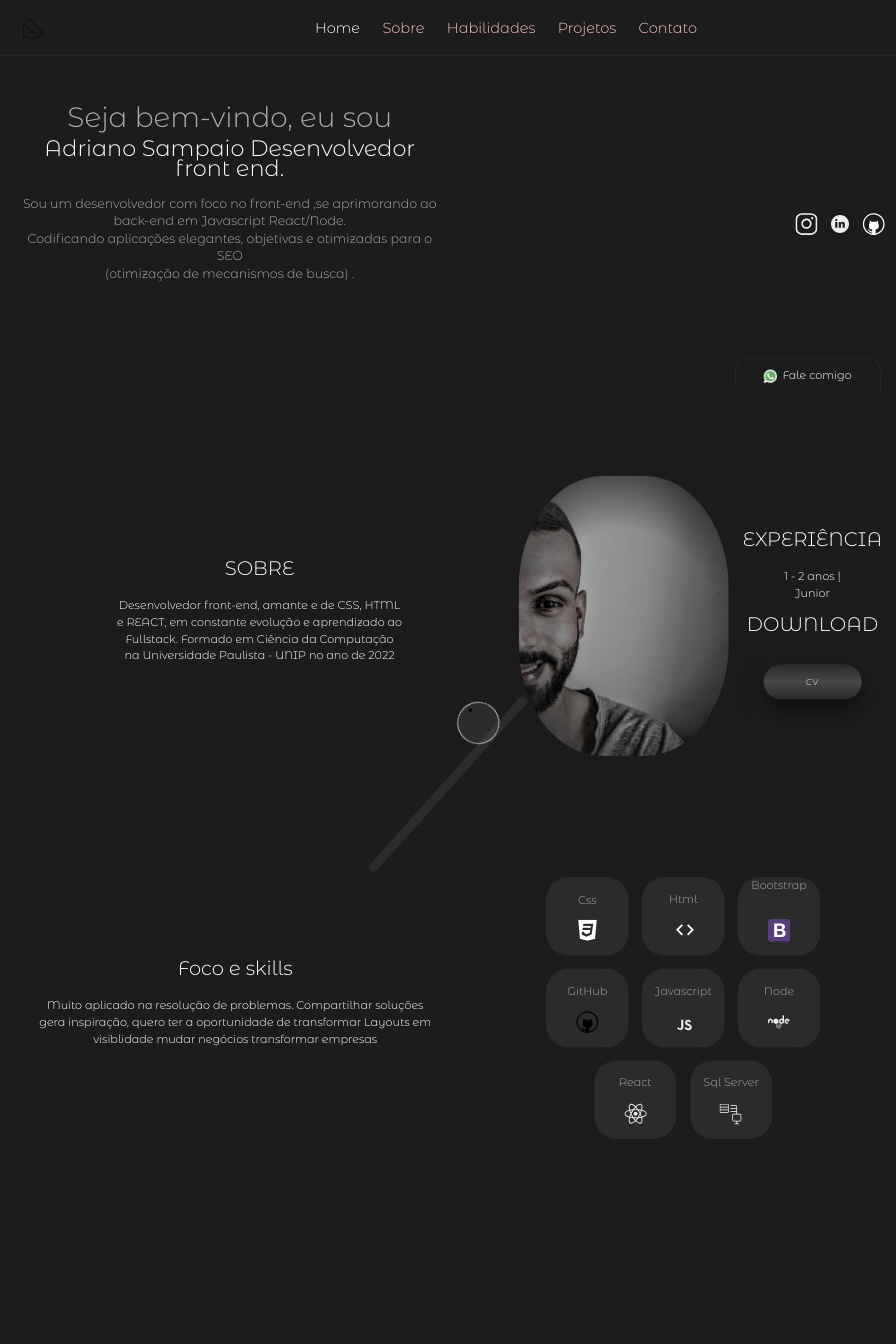
Repository: adrianodisam/NovoPortifolio
Page: /
These files come from the project's save history. The page is drawn as it stood at one moment and after the next save; the edit follows.
The browser window is 1280 px wide. The pictures show the part of the page from y = 0 to 1920 px (the page is 3024 px tall), at 70% of full size.
The project was rebuilt for these pictures with package versions that can differ from the ones it lists, and the page was loaded fresh each time. Imported but missing from the stored project, and not drawn on this page: src/componentes/Download/Adriano.pdf.

Above is the page before, as saved 2024-11-02 16:48:47.

### public/index.html
<!DOCTYPE html>
<html lang="pt">

<head>
  <meta charset="utf-8" />
  <link rel="icon" href="./shape.ico" />
  <meta name="viewport" content="width=device-width, initial-scale=1" />
  <meta name="theme-color" content="#000000" />
  <meta name="description" content="Web site created using create-react-app" />
  <link rel="apple-touch-icon" href="%PUBLIC_URL%/logo192.png" />
  <link rel="manifest" href="%PUBLIC_URL%/manifest.json" />
  <link rel="stylesheet" href="path/to/font-awesome/css/font-awesome.min.css" />
  <script src="https://cdn.lordicon.com/fudrjiwc.js"></script>
  <title> Adriano - Desenvolvedor Front-End </title>
  <script id="react-dotenv" src="./env.js"></script>
</head>

<body>
  <noscript>You need to enable JavaScript to run this app.</noscript>
  <script src="https://cdn.lordicon.com/fudrjiwc.js"></script>
  <div id="root"></div>
</body>

</html>

### src/App.css
* {
  margin: 0;
  padding: 0;
}

@font-face {
  font-family: 'Menu';
  src: url('../public/fontes/Cormorant_Garamond/CormorantGaramond-Regular.ttf')
    format('truetype');
}

@font-face {
  font-family: 'Menu1';
  src: url('../public/fontes/Montserrat_Alternates/MontserratAlternates-Light.ttf')
    format('truetype');
}

:root {
  --mainColor: #555;
  --mainColorLight: #e0ffff;
  --secondaryColor: #db2b39;
  --textColor: #ffc1c1;
  --ColorHover: #eee;
  --CorFundo: #1c1c1c;
  --CorBorda: hsla(0, 0%, 67%, 0.1);
  --CorFontApagada: #aaa;
  --CorTexto: #fff;
}

### src/componentes/Footer/Footer.module.css
.Container {
  display: flex;
  justify-content: space-between;
  align-items: center;
  bottom: 0;
  left: 0;
  height: 9rem;
  background-color: #1c1c1c;
}

### src/componentes/Header/Header.module.css
.Container {
  width: 100%;
  height: 40rem;
  display: flex;
  justify-content: center;
  align-items: center;
  /* border-bottom: 1px solid var(--CorBorda); */
  background-color: var(--CorFundo);
}
@media only screen and (max-width: 1024px) {
  .Container {
    display: flex;
    flex-direction: column;
    align-items: center;
    gap: 3rem;
    height: 50rem;
  }
}

### src/componentes/Navbar/Navbar.css
@import url('https://fonts.googleapis.com/css2?family=Titillium+Web:wght@300;400;700&display=swap');

* {
  padding: 0;
  margin: 0;
  box-sizing: border-box;
  font-family: 'Menu1';
}
header {
  display: flex;
  align-items: center;
  justify-content: space-between;
  width: 100%;
  height: 5rem;
  padding: 0 2rem;
  background-color: #1c1c1c;
  color: var(--textColor);
  position: fixed;
  z-index: 20;
  border-bottom: 1px solid var(--CorBorda);
}

nav a {
  margin: 0 1rem;
  color: var(--CorTexto);
  text-decoration: none;
  cursor: pointer;
  font-size: 1.3rem;
}

nav a:hover {
  color: var(--CorFontApagada);
}

header .nav-btn {
  padding: 5px;
  cursor: pointer;
  background: transparent;
  border: none;
  outline: none;
  visibility: hidden;
  opacity: 0;
  font-size: 1.8rem;
  color: var(--CorTexto);
}

header div,
nav {
  display: flex;
  align-items: center;
}

@media only screen and (max-width: 1024px) {
  header .nav-btn {
    visibility: visible;
    opacity: 1;
  }

  header nav {
    position: fixed;
    top: 0;
    left: 0;
    height: 100%;
    width: 100%;
    display: flex;
    flex-direction: column;
    align-items: center;
    justify-content: center;
    gap: 1.5rem;
    background-color: #1c1c1c;
    transition: 1s;
    transform: translateY(-100vh);
  }

  header .responsive_nav {
    transform: none;

    z-index: '4';
    position: fixed;
  }

  nav .nav-close-btn {
    position: absolute;
    top: 2rem;
    right: 2rem;
  }

  nav a {
    font-size: 1.5rem;
  }
}

### src/componentes/WhatsAppContato/WhatsAppContato.module.css
.container {
  display: flex;
  flex-direction: column;
  width: 100%;
  margin-top: 32rem;
  position: fixed;
  justify-content: right;
  align-items: flex-end;
  z-index: 30;
}
.containerSpan {
  display: flex;
  justify-content: center;
  align-items: center;
  width: 13rem;
  border-radius: 15px 15px 1px 15px;
  background-color: var(--CorFundo);
  border: 1px solid var(--CorBorda);
  padding: 12px 16px 12px 16px;
  margin-right: 1.4rem;
  transition: 2s;
}
.containerSpan:hover {
  background-color: hsla(0, 0%, 67%, 0.1);
  border: 1px solid var(--CorBorda);
  box-shadow: 0px 3px 5px 0px rgba(0, 0, 0, 0.5);
}
.containerSpan span {
  color: var(--CorTexto);
  text-decoration: none;
  font-size: 1rem;
}
.containerSpan img {
  width: 1.2rem;
  margin-right: 0.5rem;
}
.containerSpan a {
  text-decoration: none;
}

@media only screen and (max-width: 1024px) {
  .container {
    margin-top: 37rem;
  }
}

### src/componentes/Contato/Contato.module.css
.Container {
  display: flex;
  justify-content: space-evenly;
  align-items: center;
  width: 100%;
  height: 30rem;
  flex-direction: column;
  padding: 2rem;
  background-color: var(--CorFundo);
  border-bottom: solid 1px var(--CorBorda);
}
.ContainerContato {
  display: flex;
  align-items: center;
}

@media only screen and (max-width: 1024px) {
  .Container {
    flex-direction: column;
  }
  .ContainerContato {
    display: flex;
    flex-direction: column;
  }
}

### src/componentes/Sobre/Sobre.module.css
.Container {
  display: flex;
  justify-content: center;
  align-items: center;
  width: 100%;
  height: 30rem;
  /* border-bottom: 1px solid var(--CorBorda); */
  background-color: var(--CorFundo);
}

.Container h1 {
  color: var(--CorTexto);
}

@media (max-width: 900px) {
  .Container {
    flex-direction: column;
    height: 100%;
    padding: 1rem;
  }
}

### src/componentes/Habilidades/Habilidades.module.css
.Container {
  display: flex;
  justify-content: space-around;
  align-items: center;
  width: 100%;
  height: 40rem;
  background-color: var(--CorFundo);
  /* border-bottom: 1px solid var(--CorBorda); */
}
.ContainerAnima {
  display: flex;
  flex-direction: column;
  justify-content: center;
  width: 60%;
}

@media only screen and (max-width: 1024px) {
  .Container {
    flex-direction: column;
    height: 55rem;
  }
  .ContainerAnima {
    width: 100%;
    align-items: center;
  }
}

### src/componentes/Projetos/Projetos.module.css
.Container {
  display: flex;
  justify-content: center;
  gap: 2rem;
  align-items: center;
  width: 100%;
  height: 40rem;
  background-color: var(--CorFundo);
}

.Container h1 {
  color: var(--CorTexto);
}

@media (max-width: 900px) {
  .Container {
    flex-direction: column;
  }
}

### src/componentes/AnimacaoContato/AnimacaoContato.module.css
.Container {
  display: flex;
  justify-content: center;
  align-items: center;
}
.ball {
  position: relative;
  bottom: 50px;
  left: calc(100% - 20px);
  width: 60px;
  height: 60px;
  background: var(--CorBorda);
  border-radius: 50%;
  border: solid 1px #fff;
  animation: ball-move8234 3s ease-in-out 1s infinite alternate;
}

.ball::after {
  position: absolute;
  content: '';
  top: 25px;
  right: 5px;
  width: 5px;
  height: 5px;
  background: #000;
  border-radius: 50%;
}

.bar {
  position: absolute;
  width: 330px;
  height: 12.5px;
  background: var(--CorBorda);
  border-radius: 30px;
  transform: rotate(-19deg);
  animation: up-down6123 3s ease-in-out 1s infinite alternate;
}

@keyframes up-down6123 {
  from {
    transform: rotate(-60deg);
  }

  to {
    transform: rotate(1deg);
  }
}

@keyframes ball-move8234 {
  from {
    left: calc(100% - 40px);
    transform: rotate(360deg);
  }

  to {
    left: calc(0% - 20px);
    transform: rotate(0deg);
  }
}
@media only screen and (max-width: 1024px) {
  .Container {
    width: 100%;
  }
  .bar {
    margin-top: 9rem;
    width: 300px;
    height: 12.5px;
  }
}

### src/componentes/TextoRoda/TextoRoda.module.css
.Container {
  display: flex;
  align-items: center;
  justify-content: center;
  width: 100%;
  height: 6rem;
  color: var(--CorTexto);
}
.Container span {
  display: flex;
  margin: 2rem;
  text-align: center;
  color: var(--CorTexto);
}

### src/componentes/RedeSociais/RedeSociais.module.css
.Container {
  display: flex;
  align-items: center;
  width: 100%;
  height: 40%;
}
.Container svg {
  width: 2rem;
  height: 3rem;
  fill: #eee;
  margin-right: 1rem;
}
.Container svg:hover {
  width: 2rem;
  height: 3rem;
  fill: var(--CorFontApagada);
  margin-right: 1rem;
}
@media only screen and (max-width: 1024px) {
  .Container svg {
    width: 2rem;
    height: 3rem;
    fill: #eee;
    margin-right: 1rem;
  }
}

### src/componentes/Banner/Banner.module.css
.Container {
  display: flex;
  justify-content: center;
  align-items: center;
  background-color: var(--corFundo);
  border-bottom: 0.1 solid var(--CorBorda);
  width: 100%;
  height: 100%;
  flex-direction: column;
  padding: 2rem;
}
.Container h1 {
  color: var(--CorFontApagada);
  font-style: normal;
  font-weight: 300;
  line-height: 45px;
  text-align: center;
}
.Container h2 {
  color: var(--CorTexto);
  font-style: normal;
  font-weight: 300;
  font-size: 16px;
  line-height: 29px;
  text-align: center;
  font-size: 2rem;
}
.Container p {
  color: var(--CorFontApagada);
  line-height: 25px;
  text-align: center;
  font-size: 18px;
  font-weight: 200;
  margin-bottom: 2rem;
  margin-top: 1rem;
}

@media only screen and (max-width: 1024px) {
  .Container {
    margin-top: 6rem;
  }
  .Container h1 {
    font-size: 1.3rem;
  }
  .Container h2 {
    font-size: 1.7rem;
  }
}

### src/componentes/Logo/Logo.module.css
.Container {
  width: 20%;
  height: 100%;
}

### src/componentes/CardContato/CardContato.module.css
.Container {
  display: flex;
  justify-content: center;
  align-items: center;
  flex-direction: column;
  padding: 2rem;
}
.Container h1 {
  font-family: 'Menu1';
  font-style: normal;
  font-weight: 300;
  font-size: 2rem;
  line-height: 3rem;
  color: var(--CorTexto);
  text-align: center;
}
.Container small {
  color: var(--CorFontApagada);
  text-align: center;
}

.Container svg {
  fill: #555;
}
.Container svg:hover {
  fill: var(--CorTexto);
}

@media only screen and (max-width: 1024px) {
  .Container {
    flex-direction: column;
  }
  .Container h1 {
    font-size: 1.3rem;
  }
}

### src/componentes/FotoSobre/FotoSobre.module.css
.Container {
  display: flex;
  justify-content: center;
  align-items: center;
  width: 50%;
  /* border: solid 4px var(--CorBorda); */
  /* border-radius: 50%; */
  /* background: hsla(0, 0%, 67%, 0.1); */
}

.Container img {
  display: flex;
  width: 15rem;
  transition: all 0.4s;
  width: 300px; /* Ajuste o tamanho conforme necessário */
  height: 400px; /* Ajuste o tamanho conforme necessário */
  object-fit: cover;
  border-radius: 40%; /* Raio para bordas arredondadas */
  box-shadow: 0 0 30px 15px rgba(28, 28, 28, 0.8); /* Sombra esfumaçada */
}
/* Adiciona o efeito esfumaçado ao redor da imagem */
.Container::before {
  content: '';
  position: absolute;
  width: 300px; /* Um pouco maior que a imagem para o efeito de borda */
  height: 400px;
  background: radial-gradient(circle, rgba(40, 40, 40, 0) 50%, #1c1c1c 100%);
  border-radius: 15px;
  z-index: 0;
}



@media only screen and (max-width: 1024px) {
  .Container img {
    width: 15rem;
    opacity: 0.8;
  }
  .Container {
    width: 70%;

    /* background: hsla(0, 0%, 67%, 0.1); */
  }
}

### src/componentes/TextoCurriculo/TextoCurriculo.module.css
.Container {
  display: flex;
  justify-content: center;
  flex-direction: column;
  align-items: center;
  width: 40%;
}

### src/componentes/TextoSobre/TextoSobre.module.css
.Container {
  display: flex;
  align-items: center;
  justify-content: center;
  flex-direction: column;
}

### src/componentes/CaixaTecnologias/CaixaTecnologias.module.css
.Container {
  display: flex;
  justify-content: space-around;
  flex-wrap: wrap;
  gap: 1.2rem;
  height: 100%;
  left: 30px;
  place-content: center;
  place-items: center;
  top: 0;
  width: 40%;
  z-index: 0;
}
@media only screen and (max-width: 1024px) {
  .Container {
    width: 80%;
    align-items: center;
    justify-content: center;
  }
}

### src/componentes/Skills/Skills.module.css
.Container {
  align-items: center;
  display: flex;
  justify-content: center;
  flex-direction: column;
  transition: all 0.5s;
  gap: 1rem;
  /* width: 23%; */
  text-align: center;
}

.Container h3 {
  color: var(--CorTexto);
}
.Container p {
  color: var(--CorTexto);
}
@media only screen and (max-width: 1024px) {
  .Container {
    flex-direction: column;
    margin-top: 3rem;
    width: 90%;
  }
}

### src/componentes/MenuProjetos/MenuProjetos.module.css
.Container {
  display: flex;
  justify-content: center;
  align-items: center;
}

### src/componentes/Download/Download.module.css
/* .Container {
  align-items: center;
  display: flex;
  justify-content: center;
  flex-direction: column;
  transition: all 0.5s;
  gap: 1rem;
  text-align: center;
  border: solid 1px var(--CorBorda);
  padding: 1rem;
  border-radius: 2rem;
}
.Container a {
  text-decoration: none;
  color: var(--CorTexto);
}
.Container:hover {
  background-color: hsla(0, 0%, 37%, 0.1);
} */

.btn {
  width: 140px;
  height: 50px;
  background: linear-gradient(
    to top,
    hsla(0, 0%, 67%, 0.1),
    hsla(0, 0%, 67%, 0.3),
    hsla(0, 0%, 67%, 0.1)
  );
  color: #fff;
  border-radius: 50px;
  border: none;
  outline: none;
  cursor: pointer;
  position: relative;
  box-shadow: 0 15px 30px rgba(0, 0, 0, 0.5);
  overflow: hidden;
}

.btn span {
  font-size: 12px;
  text-transform: uppercase;
  letter-spacing: 1px;
  transition: top 0.5s;
  color: #fff;
}

.btn_text_one {
  position: absolute;
  width: 100%;
  top: 50%;
  left: 0;
  transform: translateY(-50%);
}

.btn_text_two {
  position: absolute;
  width: 100%;
  top: 150%;
  left: 0;
  transform: translateY(-50%);
}

.btn:hover .btn_text_one {
  top: -100%;
}

.btn:hover .btn_text_two {
  top: 50%;
}

### src/componentes/Tecnologia/Tecnologia.module.css
.Container {
  align-items: center;
  background: hsla(0, 0%, 67%, 0.1);
  border-radius: 2rem;
  display: flex;
  height: 7rem;
  justify-content: center;
  flex-direction: column;
  transition: all 0.5s;
  width: 23%;
  text-align: center;
}
.Container:hover {
  background: hsla(0, 0%, 37%, 0.1);
}
.Container p {
  color: var(--CorFontApagada);
}
.Container svg {
  transition: all 0.3s;
  fill: var(CorTexto);
  width: 2rem;
}
.Container svg:hover {
  fill: var(--CorFontApagada);
}
@media only screen and (max-width: 1024px) {
  .Container {
    display: flex;
    width: 29%;
    height: 0.2rem;
    background-color: transparent;

    margin-top: 2rem;
  }
  .Container svg {
    display: none;
  }
  .Container p {
    font-size: 1rem;
    text-align: center;
    border: 1px solid var(--CorFontApagada);
    border-radius: 2rem;
    background: hsla(0, 0%, 67%, 0.1);
    padding: 0.3rem;
  }
}

### src/componentes/Botao/Botao.module.css
.Container {
  display: flex;
  justify-content: center;
  align-items: center;
  width: 9rem;
  height: 2rem;
  border: 1px solid var(--CorBorda);
  color: var(--CorTexto);
  cursor: pointer;
}
.Container:hover {
  background: hsla(0, 0%, 37%, 0.1);
}
.Container a {
  text-decoration: none;
  color: var(--CorTexto);
}

@media only screen and (max-width: 1024px) {
  .Container {
    margin-top: 2rem;
  }
}

Loaded but not shown: src/index.js (common file); src/index.css (common file); src/reportWebVitals.js (common file); src/componentes/SvgNode/SvgNode.js (library); public/env.js (common file); src/componentes/SvgReact/SvgReact.js (17 lines, source omitted); src/componentes/SvgInstagram/SvgInstagram.js (23 lines, source omitted); src/componentes/SvgGitHub/SvgGitHub.js (16 lines, source omitted); src/componentes/SvgGit/SvgGit.js (13 lines, source omitted); src/componentes/WhatsAppContato/WhatsAppContato.js (57 lines, source omitted); src/componentes/SvgBootstrap/SvgBootstrap.js (18 lines, source omitted); src/componentes/Navbar/Navbar.js (51 lines, source omitted); src/componentes/SvgSql/SvgSql.js (14 lines, source omitted); src/componentes/CaixaTecnologias/CaixaTecnologias.js (28 lines, source omitted); src/componentes/SvgLinkedin/SvgLinkedin.js (19 lines, source omitted); src/App.js (32 lines, source omitted); src/componentes/RedeSociais/RedeSociais.js (29 lines, source omitted); src/componentes/MobPc/MobPc.js (40 lines, source omitted); src/componentes/Projetos/Projetos.js (22 lines, source omitted); src/componentes/SvgJavascript/SvgJavascript.js (17 lines, source omitted); src/componentes/Habilidades/Habilidades.js (20 lines, source omitted); src/componentes/Banner/Banner.js (21 lines, source omitted); src/componentes/Projeto/Projeto.js (30 lines, source omitted); src/componentes/SvgCss/SvgCss.js (21 lines, source omitted); src/componentes/TextoSobre/TextoSobre.js (19 lines, source omitted); src/componentes/Download/Download.js (19 lines, source omitted); src/componentes/Flutuante/Flutuante.js (20 lines, source omitted); src/componentes/Footer/Footer.js (18 lines, source omitted); src/componentes/Header/Header.js (17 lines, source omitted); src/componentes/TextoCurriculo/TextoCurriculo.js (16 lines, source omitted); src/componentes/Contato/Contato.js (18 lines, source omitted); src/componentes/Sobre/Sobre.js (17 lines, source omitted); src/componentes/CardContato/CardContato.js (17 lines, source omitted); src/componentes/SvgHtml/SvgHtml.js (12 lines, source omitted); src/componentes/Skills/Skills.js (15 lines, source omitted); src/componentes/MenuProjetos/MenuProjetos.js (13 lines, source omitted); src/componentes/AnimacaoContato/AnimacaoContato.js (14 lines, source omitted); src/componentes/FotoSobre/FotoSobre.js (13 lines, source omitted); src/componentes/Logo/Logo.js (12 lines, source omitted); src/componentes/Botao/Botao.js (14 lines, source omitted); src/componentes/Tecnologia/Tecnologia.js (13 lines, source omitted); src/componentes/TextoRoda/TextoRoda .js (12 lines, source omitted); src/componentes/Flutuante/Flutuante.module.css (197 lines, source omitted)

After the next save:
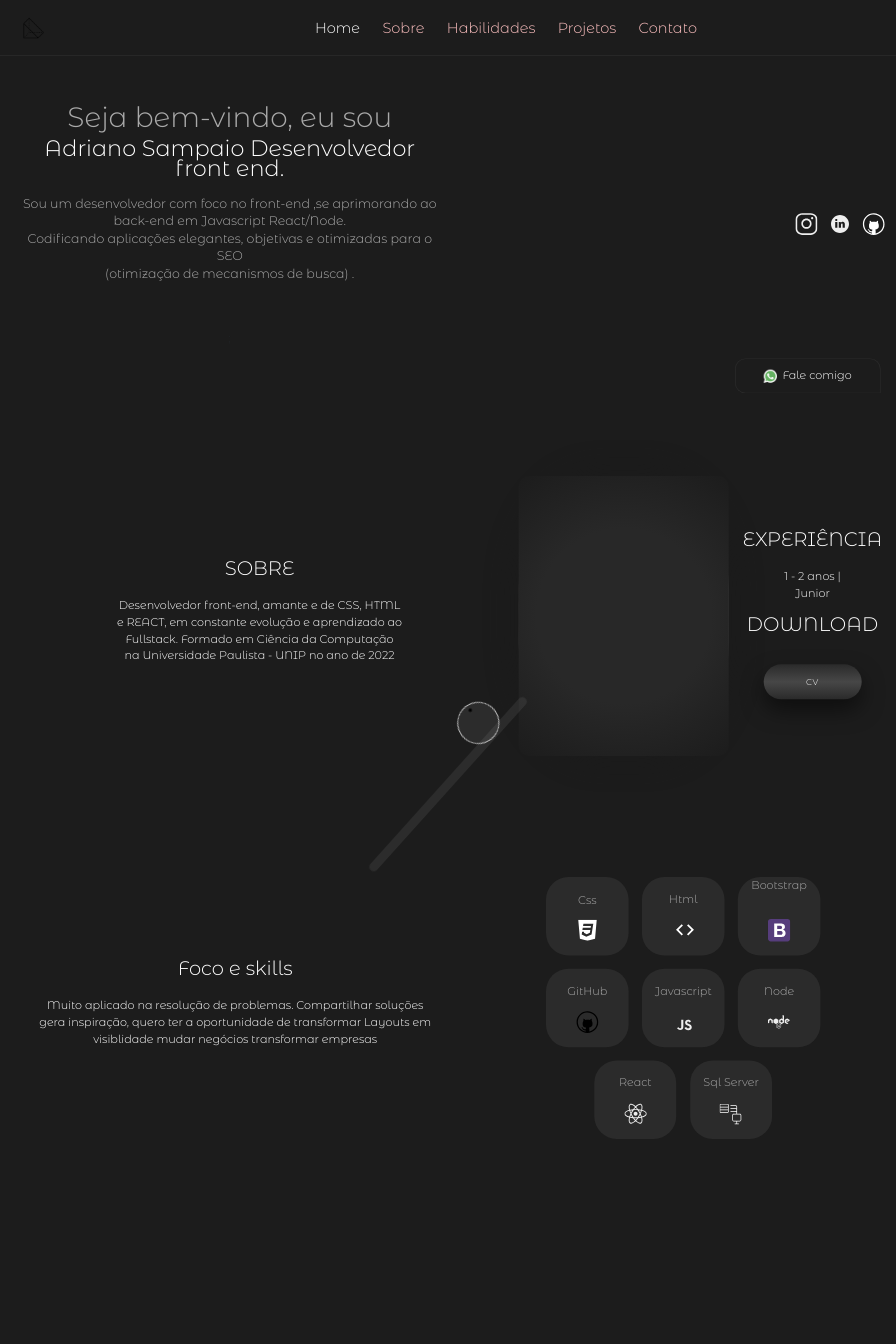
Saved 9 s later.
--- a/src/componentes/FotoSobre/FotoSobre.module.css
+++ b/src/componentes/FotoSobre/FotoSobre.module.css
@@ -24,7 +24,7 @@
   position: absolute;
   width: 300px; /* Um pouco maior que a imagem para o efeito de borda */
   height: 400px;
-  background: radial-gradient(circle, rgba(40, 40, 40, 0) 50%, #1c1c1c 100%);
+  background: radial-gradient(circle, rgba(40, 40, 40, 40) 50%, #1c1c1c 100%);
   border-radius: 15px;
   z-index: 0;
 }

After the 2 saves that followed:
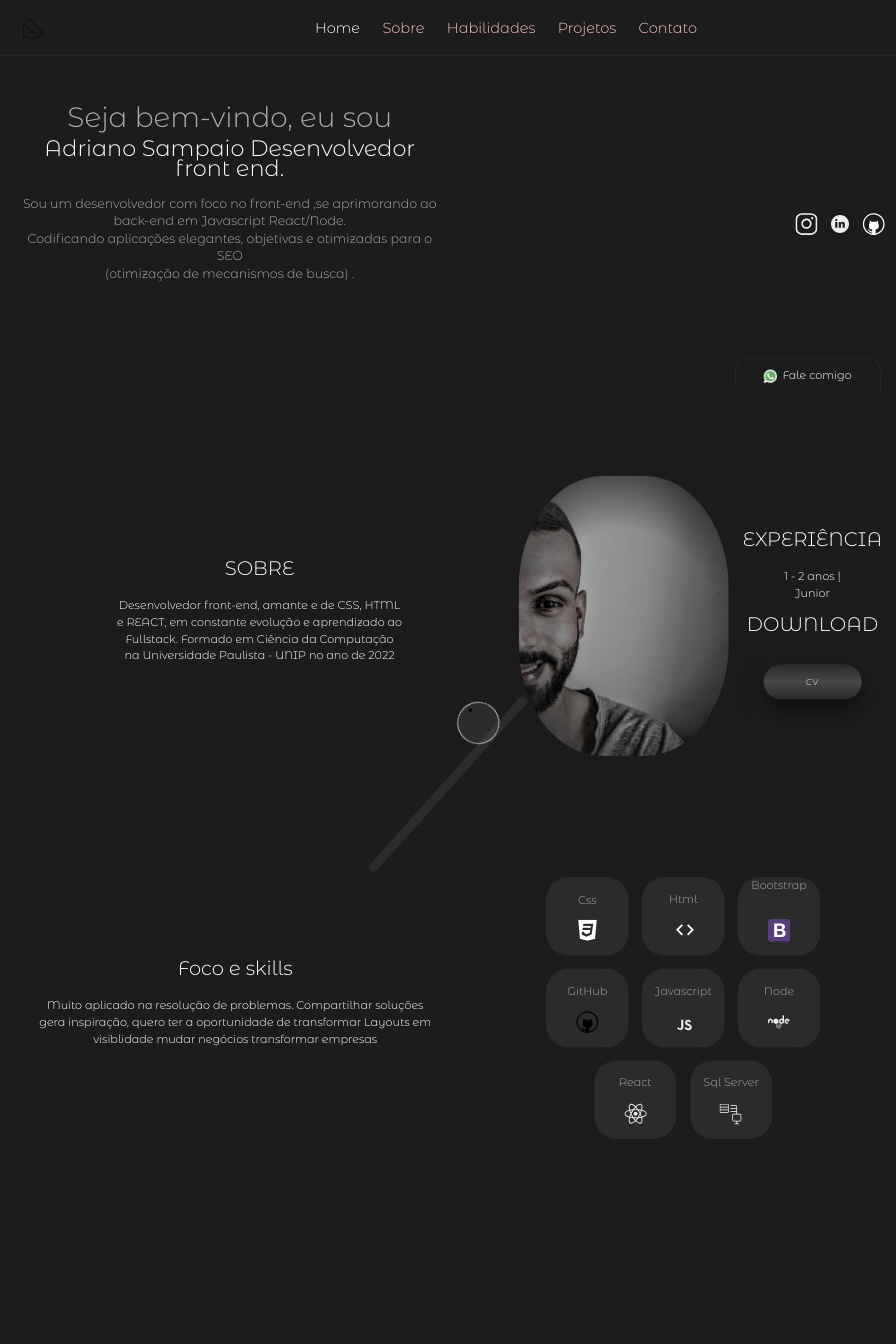
The 2 saves are shown as one change because 1 left the picture as it was.
The last was saved 15 s later.
--- a/src/componentes/FotoSobre/FotoSobre.module.css
+++ b/src/componentes/FotoSobre/FotoSobre.module.css
@@ -24,7 +24,7 @@
   position: absolute;
   width: 300px; /* Um pouco maior que a imagem para o efeito de borda */
   height: 400px;
-  background: radial-gradient(circle, rgba(40, 40, 40, 40) 50%, #1c1c1c 100%);
+  background: radial-gradient(circle, rgba(40, 40, 40, 0) 50%, #1c1c1c 100%);
   border-radius: 15px;
   z-index: 0;
 }
